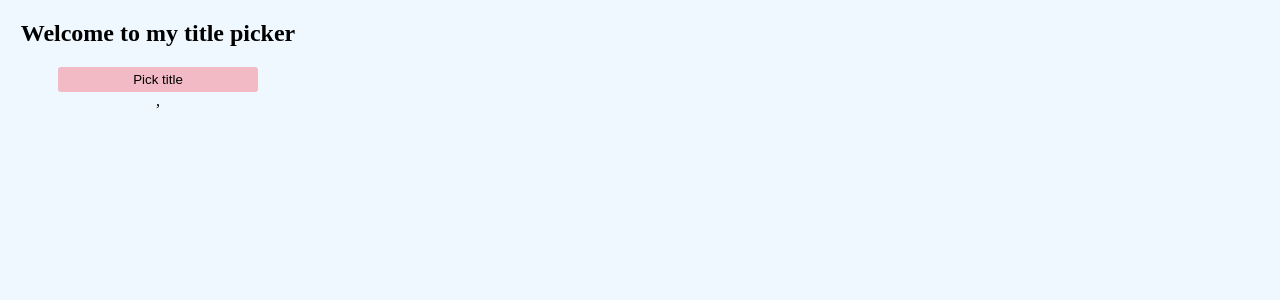
Repository: AishwaryaPandey987/Title-picker
Page: popup.html
The author's editor kept a copy of each file at every save. The page is drawn from the files as they stood at one save, then again after the next save.
The browser window is 1280 px wide. The pictures show the whole page.

Above is the page before, as saved 2022-10-19 11:51:59.

After the next save:
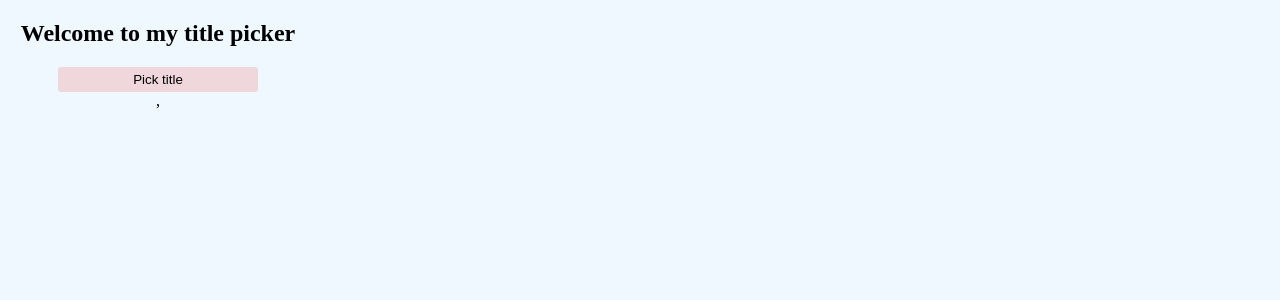
Saved 19 s later.
--- a/popup.css
+++ b/popup.css
@@ -15,7 +15,7 @@ body{
   border: none;
   border-radius: 3px;
   padding: 5px;
-  background-color: rgb(242, 186, 196);
+  background-color: rgb(239, 215, 220);
   cursor: pointer;
 
 }
